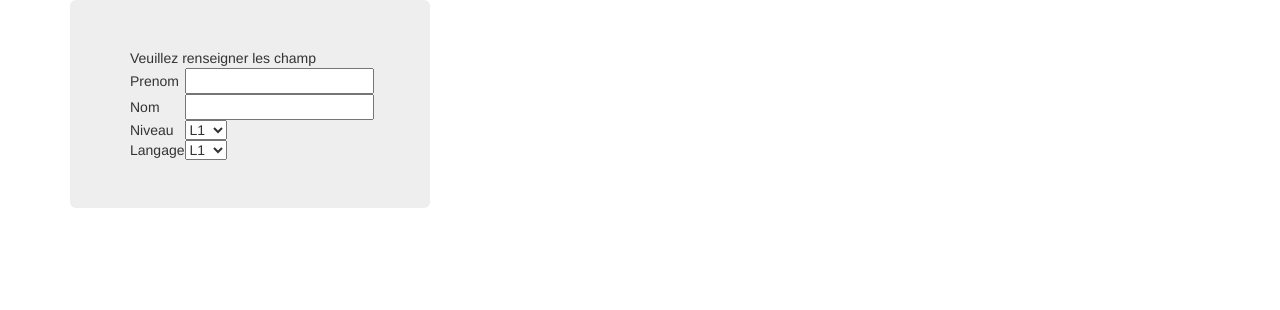
Repository: imouahrani/Gestion-des-stagiaires_JAVAEE
Page: http://localhost/Espace_Stagiaire/test3.jsp
An editor plug-in stored every save of this project. The page is shown before and after the next save, followed by the edit.
The browser window is 1280 px wide. The pictures show the whole page.
The page is served by Tomcat 9.

Above is the page before, as saved 2018-07-31 13:36:08.

After the next save:
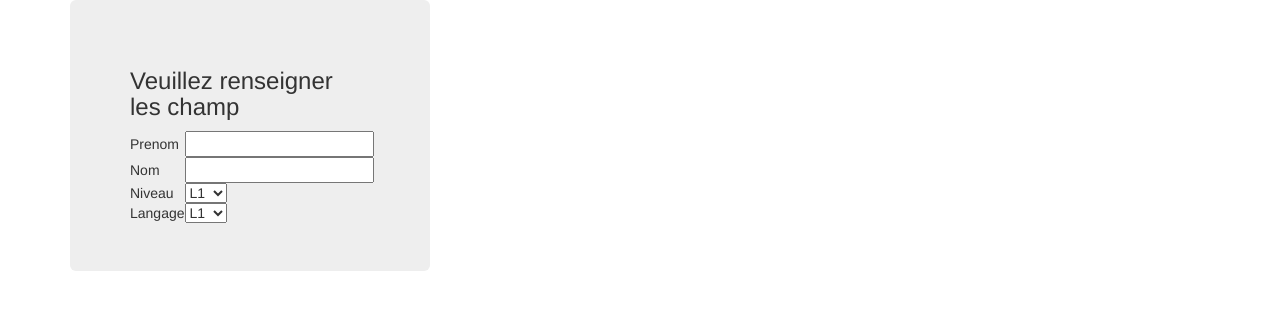
Saved 4 min 38 s later.
--- a/Formation Java Entreprise Edition/Espace Stagiaire/WebContent/test3.jsp
+++ b/Formation Java Entreprise Edition/Espace Stagiaire/WebContent/test3.jsp
@@ -22,11 +22,12 @@
   <body>
    <div class="container">
 
-	<form action="">
 	<div class ="row">
    <div class ="col-md-4">
    <div class="jumbotron">
-	<caption>Veuillez renseigner les champ</caption>
+   	<form action="">
+
+	<h3>Veuillez renseigner les champ</h3>
 		<table>
 
 			<tr>
@@ -84,12 +85,11 @@
 
 
 		</table>
-
+</form>
 
 </div>
     </div>
     </div>
-	</form>
 
 
     <!-- jQuery (necessary for Bootstrap's JavaScript plugins) -->
